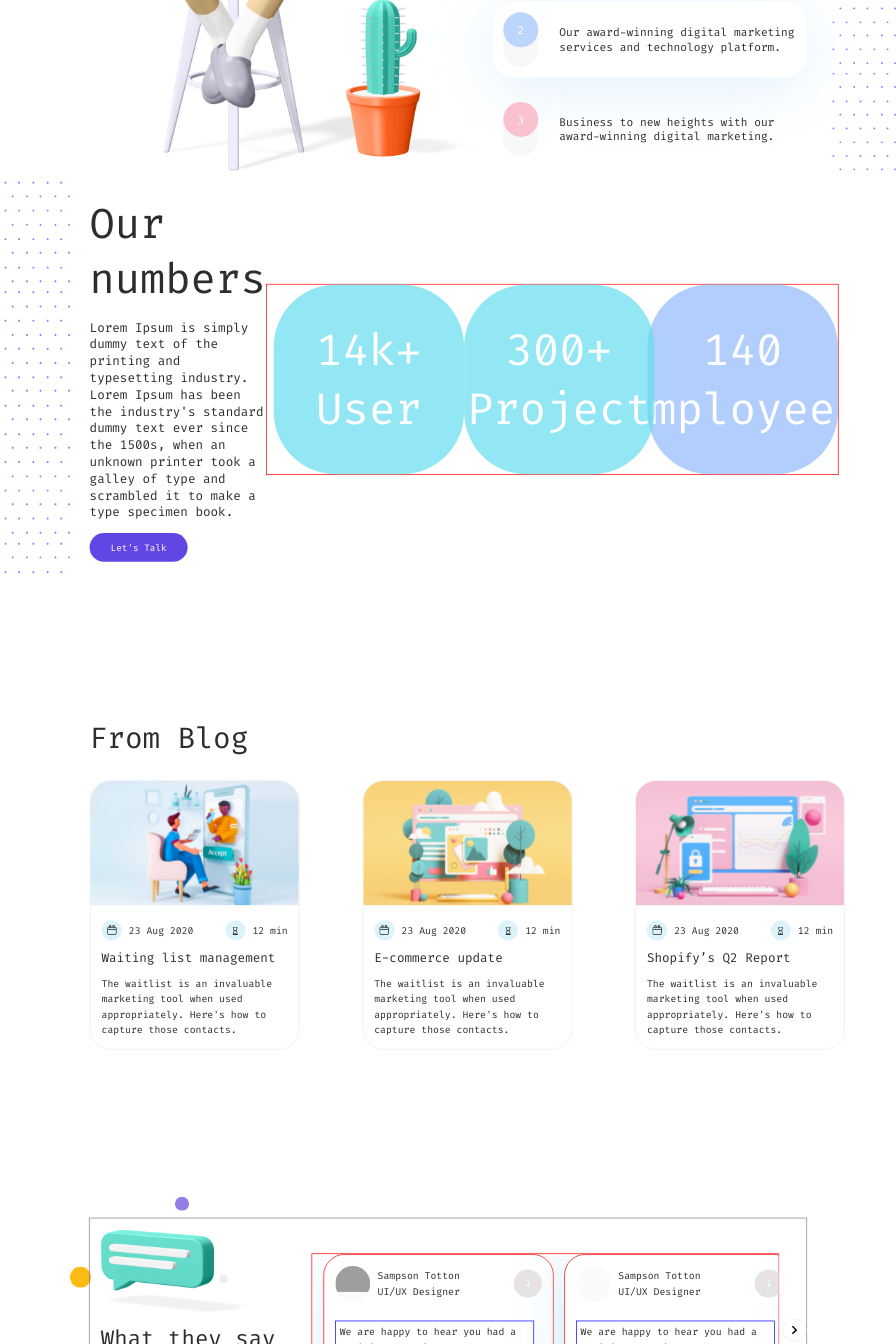
Repository: devdahcoder/noren
Page: index.html
The author's editor kept a copy of each file at every save. The page is drawn from the files as they stood at one save, then again after the next save.
The browser window is 1280 px wide. The pictures show the part of the page from y = 1901 to 3821 px (the page is 4739 px tall before and 4715 px after), at 70% of full size.
Pictures or frames that could not be fetched are drawn as grey boxes. The style sheet was rebuilt from its Sass, Less or Tailwind sources for each picture, by a compiler version that may differ from the author's.

Above is the page before, as saved 2020-12-23 12:56:37.

After the next save:
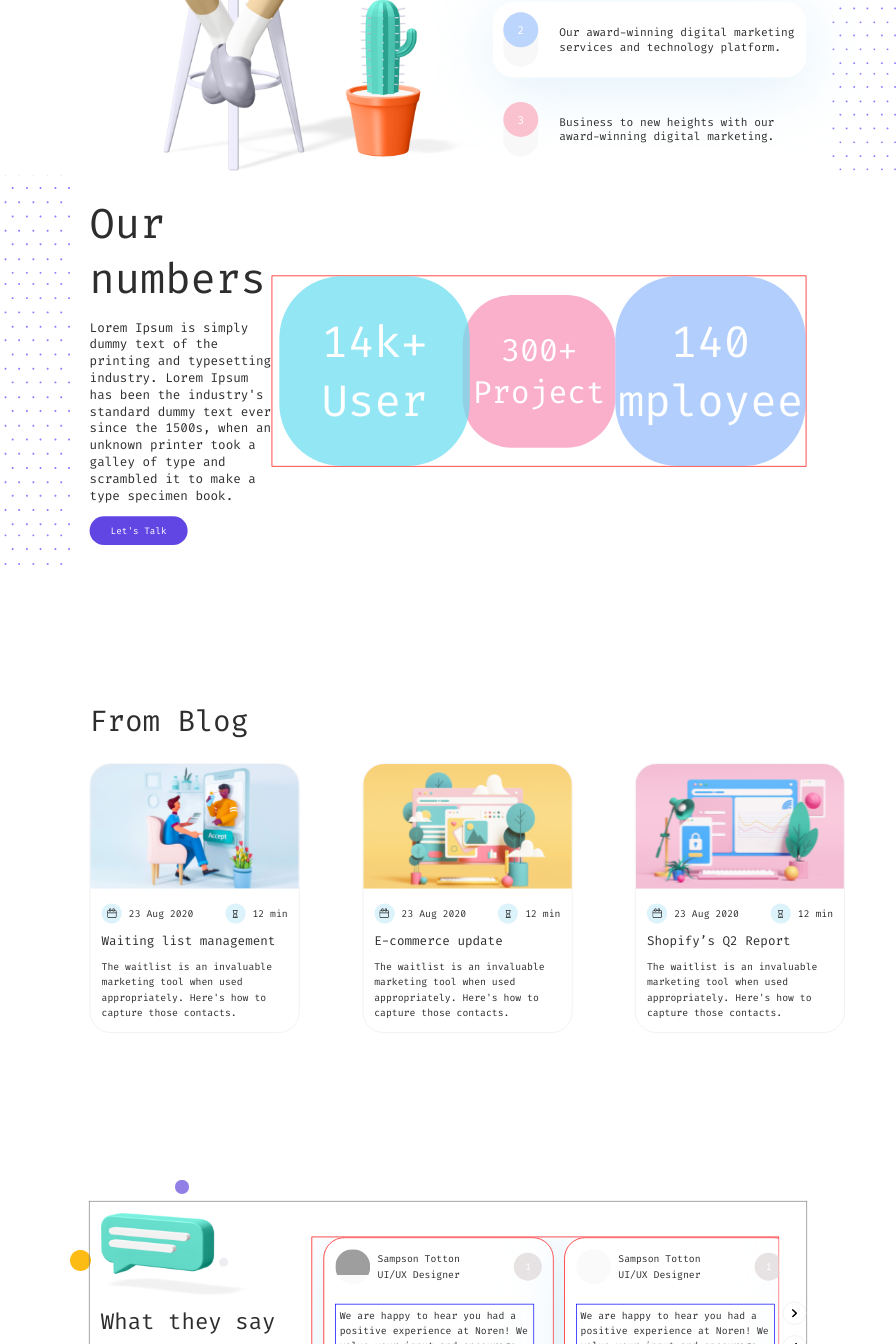
Saved 4 s later.
--- a/index.html
+++ b/index.html
@@ -194,7 +194,7 @@
                     <p>14k+ User</p>
                 </div>
 
-                <div class="company-numbers top">
+                <div class="company-numbers middle">
                     300+ Project
                 </div>
 
